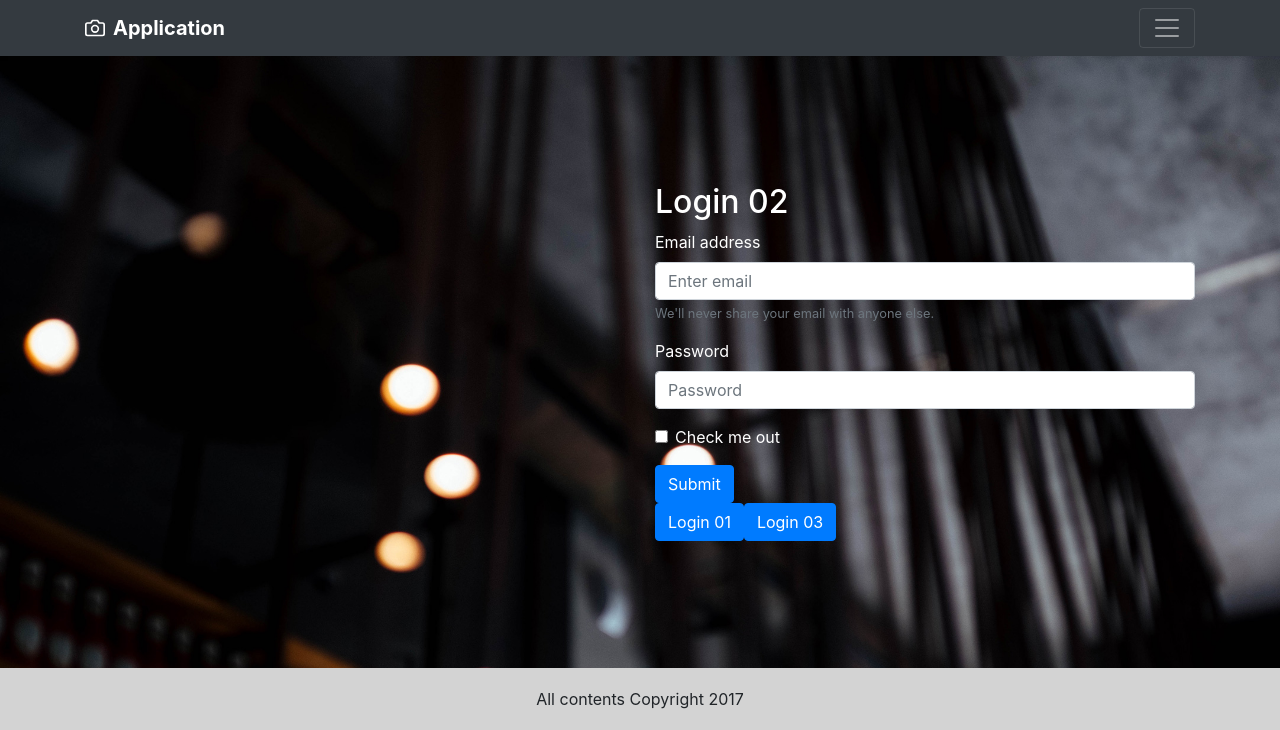
Repository: bijoysen/angular7-landing-login
Page: /
An editor plug-in stored every save of this project. The page is shown before and after the next save, followed by the edit.
The browser window is 1280 px wide. The pictures show the whole page.
The project was rebuilt for these pictures with package versions that can differ from the ones it lists, and the page was loaded fresh each time. Also part of the build but not shown: angular.json, src/app/pre/landing/landing.component.ts, src/app/pre/login-one/login-one.component.ts.

Above is the page before, as saved 2018-12-17 19:34:47.

After the next save:
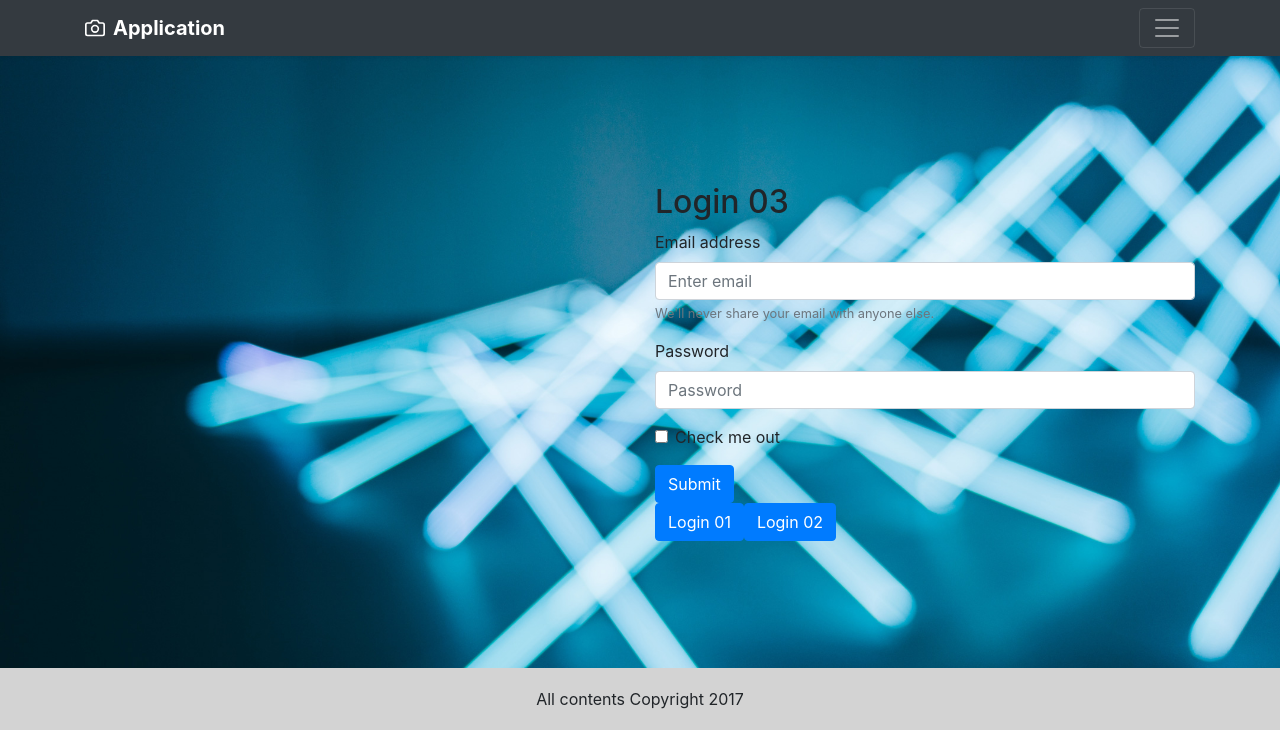
Saved 6 s later.
--- a/src/app/app.component.html
+++ b/src/app/app.component.html
@@ -2,7 +2,7 @@
 <router-outlet></router-outlet>
 <!-- <app-landing></app-landing> -->
 <!-- <app-login-one></app-login-one> -->
-<app-login-two></app-login-two>
-<!-- <app-login-three></app-login-three> -->
+<!-- <app-login-two></app-login-two> -->
+<app-login-three></app-login-three>
 
 <app-footer></app-footer>
